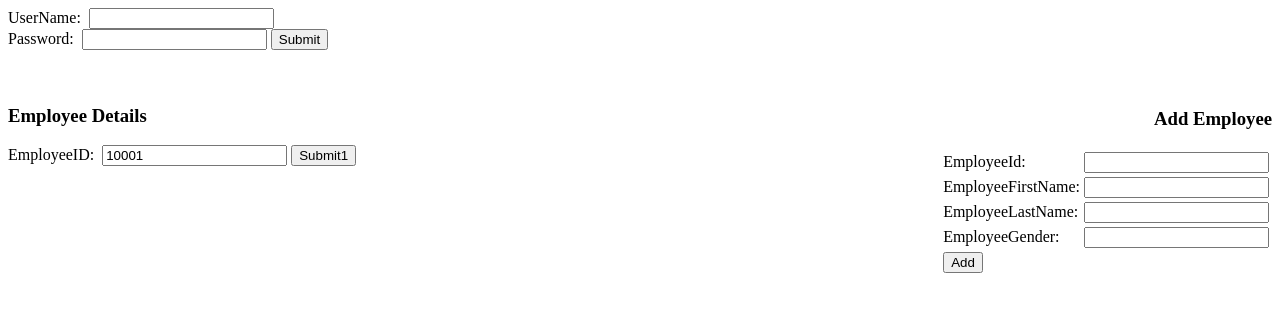
Repository: sandeep27y/MavenWebAppMultiModule-Servlets
Page: http://localhost/EmployeeApplication/LogIn.jsp
An editor plug-in stored every save of this project. The page is shown before and after the next save, followed by the edit.
The browser window is 1280 px wide. The pictures show the whole page.
The page is served by Tomcat 9. Other server files are loaded and not shown.

Above is the page before, as saved 2017-06-10 20:05:39.

### MavenWebAppMultiModule-Servlets/EmployeeMultiModule/EmployeeApplication/src/main/webapp/LogIn.jsp
<%@ page language="java" contentType="text/html; charset=ISO-8859-1"
    pageEncoding="ISO-8859-1"%>
<!DOCTYPE html PUBLIC "-//W3C//DTD HTML 4.01 Transitional//EN" "http://www.w3.org/TR/html4/loose.dtd">
<html>
<head>
<meta http-equiv="Content-Type" content="text/html; charset=ISO-8859-1">
<title>Insert title here</title>
</head>
<body>
<form action="/EmployeeApplication/employeelogin.do" method="post">
UserName: &nbsp;<input type="text" name="username"><br>
Password: &nbsp;<input type="password" name="password">
<input type="Submit" value="Submit"><br>
</form>
<br><br>
<div align="left">
<form action="/EmployeeApplication/EmployeeInfromation.do" method="post">
<h3>Employee Details</h3>
EmployeeID: &nbsp;<input type="text" name="employeeId" value="10001">
<input type="Submit" value="Submit1"><br>
</form>
</div>
<div align="right" style="margin-top: -77px; margin-right: 0px">
<form action="/EmployeeApplication/add" method="post">
<h3>Add Employee</h3>
<table>
	<tr>
		<td>EmployeeId: </td>
		<td><input type="text" name="employeeId"></td>
	</tr>
	<tr>
		<td>EmployeeFirstName: </td>
		<td><input type="text" name="firstName"></td>
	</tr>
	<tr>
		<td>EmployeeLastName: </td>
		<td><input type="text" name="lastName"></td>
	</tr>
	<tr>
		<td>EmployeeGender: </td>
		<td><input type="text" name="gender"></td>
	</tr>
	<tr>
		<td><input type="submit" value="Add"></td>
	</tr>
</table>
</div>
</form>
</body>
</html>

After the next save:
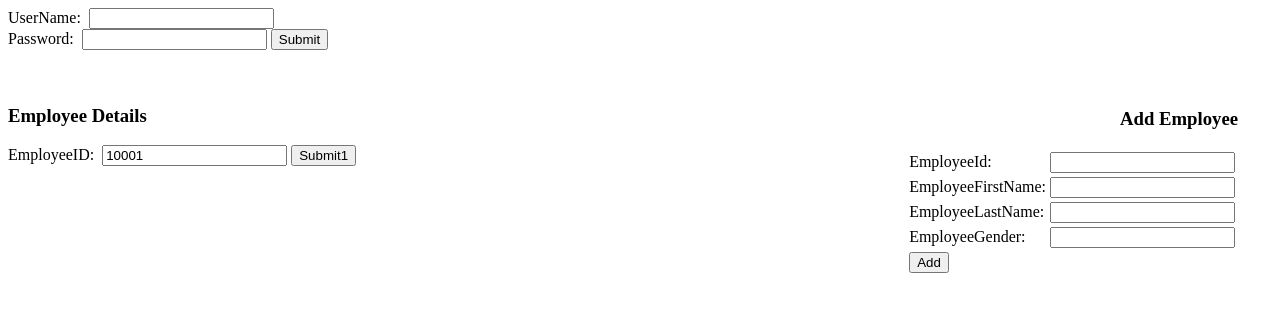
Saved 47 s later.
--- a/MavenWebAppMultiModule-Servlets/EmployeeMultiModule/EmployeeApplication/src/main/webapp/LogIn.jsp
+++ b/MavenWebAppMultiModule-Servlets/EmployeeMultiModule/EmployeeApplication/src/main/webapp/LogIn.jsp
@@ -20,7 +20,7 @@ EmployeeID: &nbsp;<input type="text" name="employeeId" value="10001">
 <input type="Submit" value="Submit1"><br>
 </form>
 </div>
-<div align="right" style="margin-top: -77px; margin-right: 0px">
+<div align="right" style="margin-top: -77px; margin-right: 34px">
 <form action="/EmployeeApplication/add" method="post">
 <h3>Add Employee</h3>
 <table>
